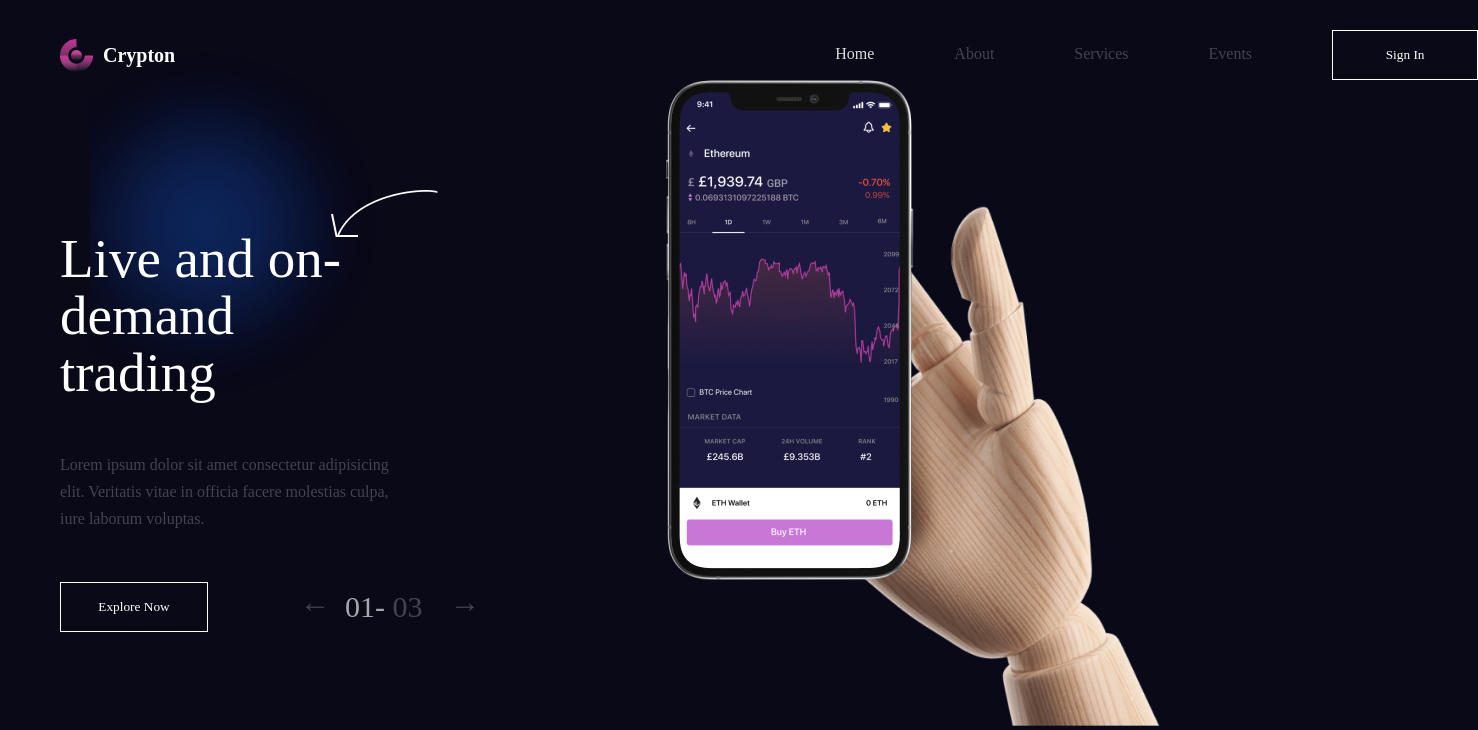
Repository: isaacCodes1/Crypton-Website
Page: index.html
The author's editor kept a copy of each file at every save. The page is drawn from the files as they stood at one save, then again after the next save.
The browser window is 1280 px wide. The page is 1478 px wide, so the pictures cover 1478 px, including what lies to the right of the window. The pictures show the whole page.

Above is the page before, as saved 2024-05-14 20:54:07.

After the next save:
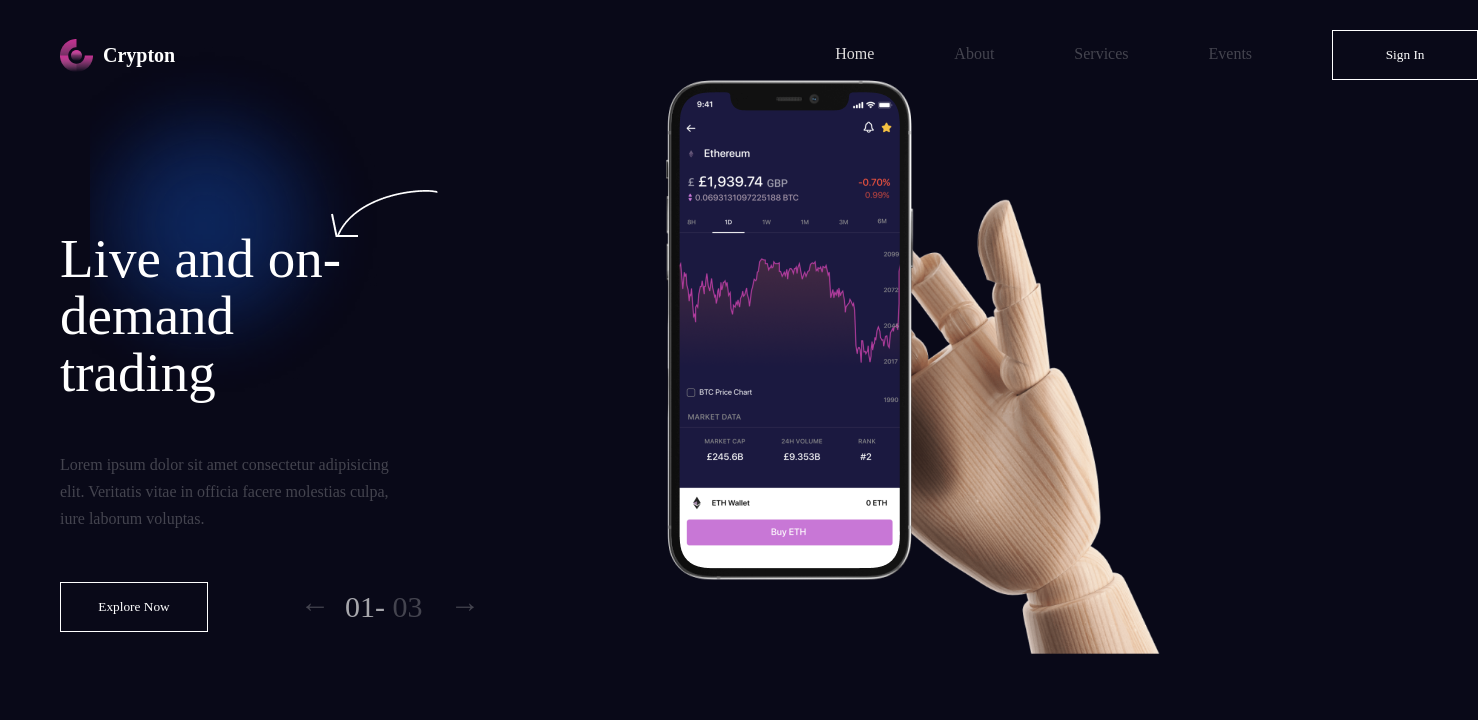
Saved 13 s later.
--- a/style.css
+++ b/style.css
@@ -138,7 +138,7 @@ body{
     right: 120px;
 }
 .hand{
-    height: 80vh;
+    height: 70vh;
 }
 .wood{
     position: absolute;
